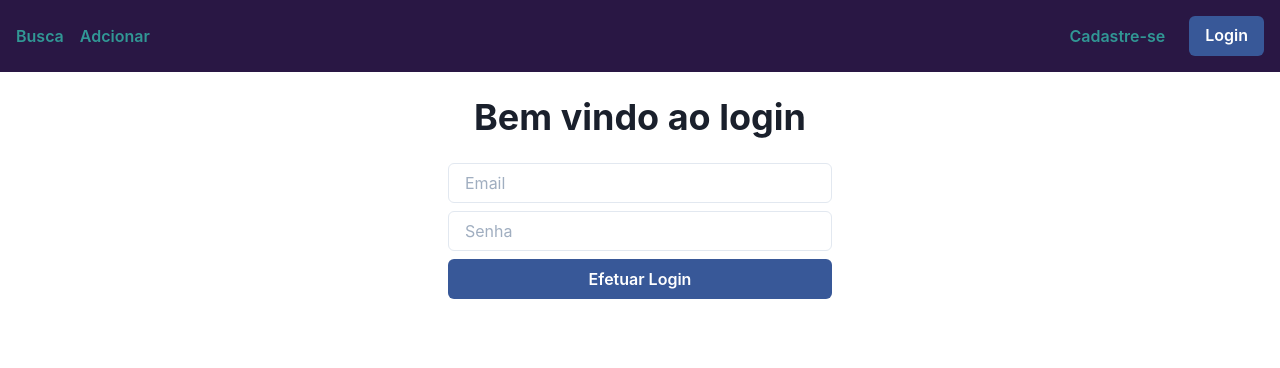
Repository: thislucasme/front-end-cats-react.js
Page: /login
An editor plug-in stored every save of this project. The page is shown before and after the next save, followed by the edit.
The browser window is 1280 px wide. The pictures show the whole page.
The project was rebuilt for these pictures with package versions that can differ from the ones it lists, and the page was loaded fresh each time. Also part of the build but not shown: src/components/lista.gatos.tsx, src/pages/cadastro.gatos.tsx, src/hooks/gato.hooks.ts, src/pages/busca.gatos.tsx, src/pages/casdastro.tsx.

Above is the page before, as saved 2021-10-28 15:09:34.

After the next save:
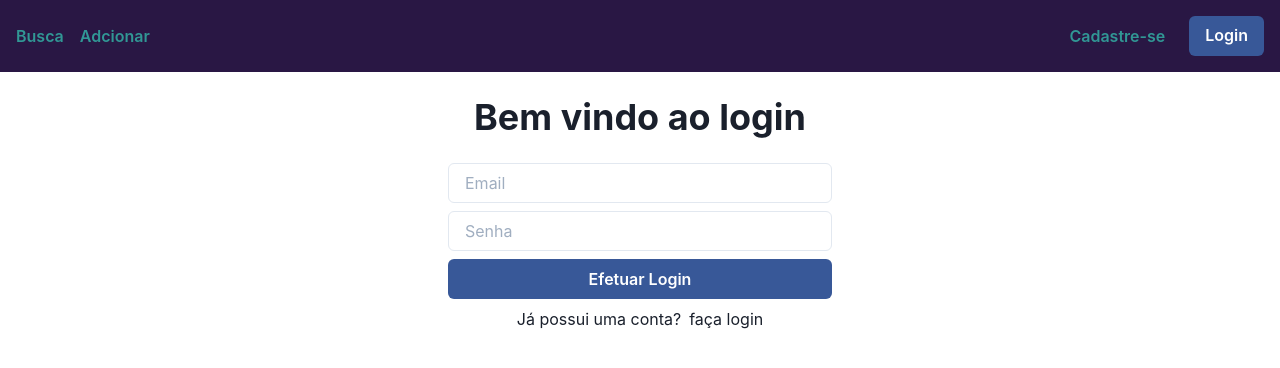
Saved 37 s later.
--- a/src/pages/login.tsx
+++ b/src/pages/login.tsx
@@ -1,4 +1,4 @@
-import { Center, FormLabel, Heading, Input, Button, VStack } from "@chakra-ui/react";
+import { Center, FormLabel, Text, Heading, Input, Button, VStack, HStack, Link } from "@chakra-ui/react";
 import React from "react";
 import { Menu } from "../components/menu";
 import { Lista } from "../components/lista.gatos";
@@ -12,6 +12,7 @@ export const Login = () => {
 					<Input placeholder="Email" />
 					<Input placeholder="Senha" type={"password"} />
 					<Button colorScheme="facebook" w="full">Efetuar Login</Button>
+					<HStack><Text>Já possui uma conta? </Text><Link>faça login</Link></HStack>
 				</VStack>
 			</VStack>
 		</Center>
